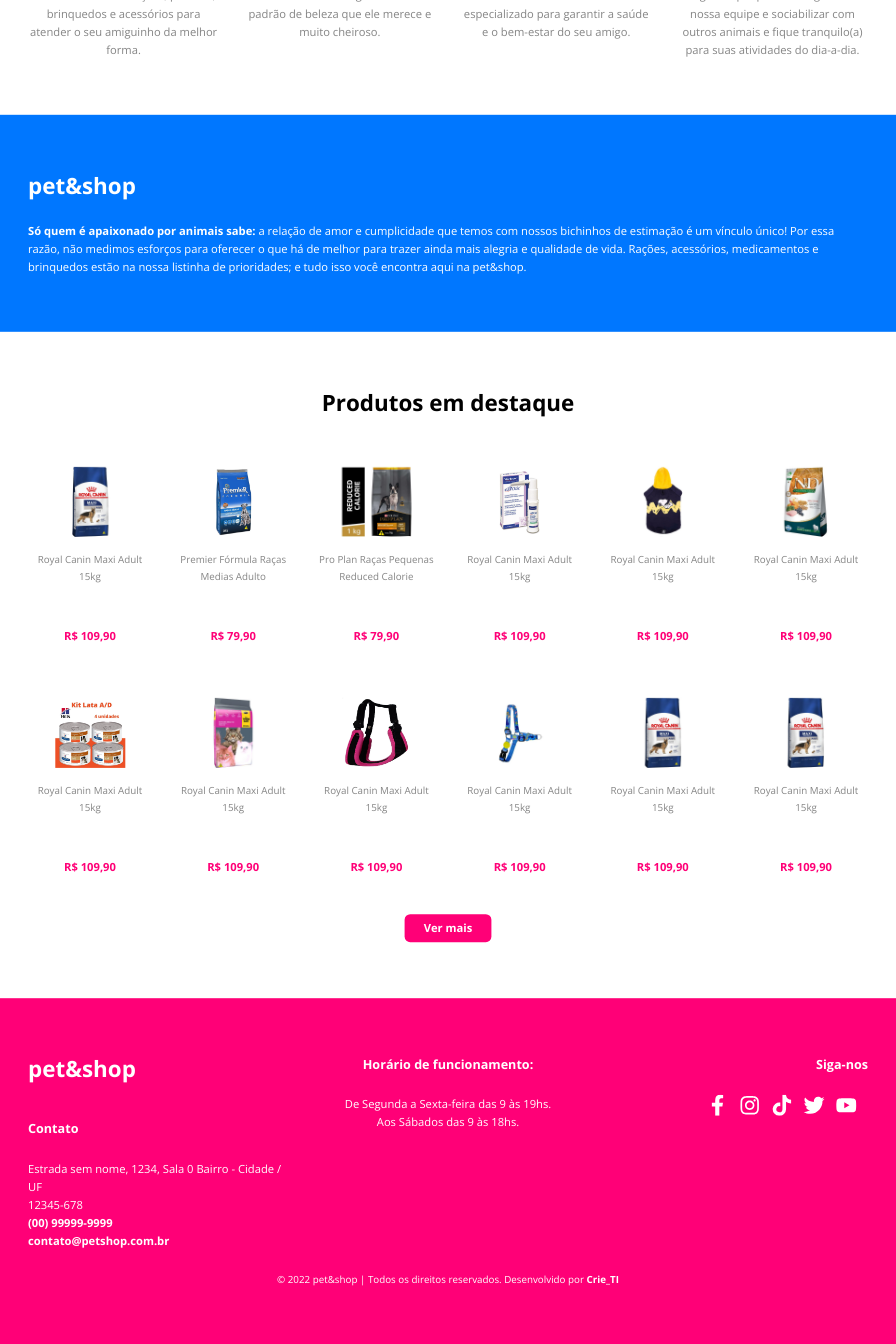
Repository: EzequielKaiber/pet-e-shop
Page: index.html
These files come from the project's save history. The page is drawn as it stood at one moment and after a run of saves; the edit follows.
The browser window is 1280 px wide. The pictures show the part of the page from y = 1130 to 3050 px (the page is 3050 px tall), at 70% of full size.

Above is the page before, as saved 2022-04-25 15:50:48.

### index.html
<!DOCTYPE html>
<html lang="en">
<head>
    <meta charset="UTF-8">
    <meta http-equiv="X-UA-Compatible" content="IE=edge">
    <meta name="viewport" content="width=device-width, initial-scale=1.0">
    <title>Document</title>
    <link rel="stylesheet" href="css/header.css">
    <link rel="stylesheet" href="css/style.css">
    <link rel="stylesheet" href="css/footer.css">
    <link href="https://fonts.googleapis.com/css2?family=Open+Sans:wght@400;700&display=swap" rel="stylesheet">
</head>
<header>
    <div class="container">
        <div class="header-itens">
            <a href="./">
                <div class="logo" style="background-image: url(img/logo-colored.svg);"></div>
            </a>
            <nav class="menu">
                <ul>
                    <li class="active">
                        <a href="./index.html">Home</a>
                    </li>
                    <li>
                        <a href="./sobre.html">Sobre</a>
                    </li>
                    <li>
                        <a href="./produtos.html">Produtos</a>
                    </li>
                    <li>
                        <a href="./servicos.html">Serviços</a>
                    </li>
                    <li>
                        <a href="./fale-conosco.html">Fale conosco</a>
                    </li>
                </ul>
            </nav>
        </div>
    </div>
</header>
<body>
    <div class="banner" style="background-image: url(img/banner.jpg);"></div>
    <section class="servicos">
        <div class="container">
            <div class="title">
                <h2>Nossos serviços</h2>
            </div>
            <div class="cards">
                <div class="card">
                    <div class="icon" style="background-image: url(img/Ícones/paw-solid.svg)"></div>
                    <h1>Produtos</h1>
                    <p>Uma variedade de rações, petiscos, brinquedos e acessórios para atender o seu amiguinho da melhor forma.</p>
                </div>
                <div class="card">
                    <div class="icon" style="background-image: url(img/Ícones/shower-solid.svg)"></div>
                    <h1>Banho e Tosa</h1>
                    <p>Para deixar seu amiguinho com o padrão de beleza que ele merece e muito cheiroso.</p>
                </div>
                <div class="card">
                    <div class="icon" style="background-image: url(img/Ícones/syringe-solid.svg)"></div>
                    <h1>Centro Médico</h1>
                    <p>Atendimento veterinário especializado para garantir a saúde e o bem-estar do seu amigo.</p>
                </div>
                <div class="card">
                    <div class="icon" style="background-image: url(img/Ícones/dog-solid.svg)"></div>
                    <h1>Creche</h1>
                    <p> Traga seu pet para interagir com a nossa equipe e sociabilizar com outros animais e fique tranquilo(a) para suas atividades do dia-a-dia.</p>
                </div>
            </div>
        </div>
    </section>
    <section class="petshop">
        <div class="container">
            <h2>pet&shop</h2>
            <p><b>Só quem é apaixonado por animais sabe:</b> a relação de amor e cumplicidade que temos com
                nossos bichinhos de estimação é um vínculo único! Por essa razão, não medimos esforços para
                oferecer o que há de melhor para trazer ainda mais alegria e qualidade de vida. Rações,
                acessórios, medicamentos e brinquedos estão na nossa listinha de prioridades; e tudo isso você
                encontra aqui na pet&shop.
                </p>
        </div>
    </section>
    <section class="produtos">
        <div class="container">
            <div class="title">
                <h2>Produtos em destaque</h2>
            </div>
            <div class="cards-produtos">
                <div class="card">
                    <div class="image" style="background-image: url(img/Produtos/product-1.webp);"></div>
                    <small>Royal Canin Maxi Adult 15kg</small>
                    <span>R$ 109,90</span>
                </div>
                <div class="card">
                    <div class="image" style="background-image: url(img/Produtos/product-2.webp);"></div>
                    <small>Premier Fórmula Raças Medias Adulto</small>
                    <span>R$ 79,90</span>
                </div>
                <div class="card">
                    <div class="image" style="background-image: url(img/Produtos/product-3.webp);"></div>
                    <small>Pro Plan Raças Pequenas Reduced Calorie</small>
                    <span>R$ 79,90</span>
                </div>
                <div class="card">
                    <div class="image" style="background-image: url(img/Produtos/product-4.webp);"></div>
                    <small>Royal Canin Maxi Adult 15kg</small>
                    <span>R$ 109,90</span>
                </div>
                <div class="card">
                    <div class="image" style="background-image: url(img/Produtos/product-5.webp);"></div>
                    <small>Royal Canin Maxi Adult 15kg</small>
                    <span>R$ 109,90</span>
                </div>
                <div class="card">
                    <div class="image" style="background-image: url(img/Produtos/product-6.webp);"></div>
                    <small>Royal Canin Maxi Adult 15kg</small>
                    <span>R$ 109,90</span>
                </div>
                <div class="card">
                    <div class="image" style="background-image: url(img/Produtos/product-7.webp);"></div>
                    <small>Royal Canin Maxi Adult 15kg</small>
                    <span>R$ 109,90</span>
                </div>
                <div class="card">
                    <div class="image" style="background-image: url(img/Produtos/product-8.webp);"></div>
                    <small>Royal Canin Maxi Adult 15kg</small>
                    <span>R$ 109,90</span>
                </div>
                <div class="card">
                    <div class="image" style="background-image: url(img/Produtos/product-9.webp);"></div>
                    <small>Royal Canin Maxi Adult 15kg</small>
                    <span>R$ 109,90</span>
                </div>
                <div class="card">
                    <div class="image" style="background-image: url(img/Produtos/product-10.webp);"></div>
                    <small>Royal Canin Maxi Adult 15kg</small>
                    <span>R$ 109,90</span>
                </div>
                <div class="card">
                    <div class="image" style="background-image: url(img/Produtos/product-1.webp);"></div>
                    <small>Royal Canin Maxi Adult 15kg</small>
                    <span>R$ 109,90</span>
                </div>
                <div class="card">
                    <div class="image" style="background-image: url(img/Produtos/product-1.webp);"></div>
                    <small>Royal Canin Maxi Adult 15kg</small>
                    <span>R$ 109,90</span>
                </div>
            </div>
            <div class="actions">
                <a href="./produtos.html"><button>Ver mais</button></a>
            </div>
        </div>
    </section>
    <footer>
        <div class="container">
            <div class="footer-itens">
                <div class="footer-item">
                    <h2>pet&shop</h2>
                    <ul>
                        <li class="title">Contato</li>
                        <li>Estrada sem nome, 1234, Sala 0 Bairro - Cidade / UF</li>
                        <li>12345-678</li>
                        <li><a href="tel:(00) 99999-9999">(00) 99999-9999</a></li>
                        <li><a href="mailto:contato@petshop.com.br">contato@petshop.com.br</a></li>
                    </ul>
                </div>
                <div class="footer-item dflex alg-center jcc f-col">
                    <h1>Horário de funcionamento:</h1>
                    <p>De Segunda a Sexta-feira das 9 às 19hs.</p>
                    <p>Aos Sábados das 9 às 18hs.</p>
                </div>
                <div class="footer-item social-items">
                    <h1>Siga-nos</h1>
                    <div class="social">
                        <a href="#">
                            <svg xmlns="http://www.w3.org/2000/svg" viewBox="0 0 320 512"><!--! Font Awesome Pro 6.1.1 by @fontawesome - https://fontawesome.com License - https://fontawesome.com/license (Commercial License) Copyright 2022 Fonticons, Inc. --><path d="M279.14 288l14.22-92.66h-88.91v-60.13c0-25.35 12.42-50.06 52.24-50.06h40.42V6.26S260.43 0 225.36 0c-73.22 0-121.08 44.38-121.08 124.72v70.62H22.89V288h81.39v224h100.17V288z"/></svg>
                        </a>
                        <a href="#">
                            <svg xmlns="http://www.w3.org/2000/svg" viewBox="0 0 448 512"><!--! Font Awesome Pro 6.1.1 by @fontawesome - https://fontawesome.com License - https://fontawesome.com/license (Commercial License) Copyright 2022 Fonticons, Inc. --><path d="M224.1 141c-63.6 0-114.9 51.3-114.9 114.9s51.3 114.9 114.9 114.9S339 319.5 339 255.9 287.7 141 224.1 141zm0 189.6c-41.1 0-74.7-33.5-74.7-74.7s33.5-74.7 74.7-74.7 74.7 33.5 74.7 74.7-33.6 74.7-74.7 74.7zm146.4-194.3c0 14.9-12 26.8-26.8 26.8-14.9 0-26.8-12-26.8-26.8s12-26.8 26.8-26.8 26.8 12 26.8 26.8zm76.1 27.2c-1.7-35.9-9.9-67.7-36.2-93.9-26.2-26.2-58-34.4-93.9-36.2-37-2.1-147.9-2.1-184.9 0-35.8 1.7-67.6 9.9-93.9 36.1s-34.4 58-36.2 93.9c-2.1 37-2.1 147.9 0 184.9 1.7 35.9 9.9 67.7 36.2 93.9s58 34.4 93.9 36.2c37 2.1 147.9 2.1 184.9 0 35.9-1.7 67.7-9.9 93.9-36.2 26.2-26.2 34.4-58 36.2-93.9 2.1-37 2.1-147.8 0-184.8zM398.8 388c-7.8 19.6-22.9 34.7-42.6 42.6-29.5 11.7-99.5 9-132.1 9s-102.7 2.6-132.1-9c-19.6-7.8-34.7-22.9-42.6-42.6-11.7-29.5-9-99.5-9-132.1s-2.6-102.7 9-132.1c7.8-19.6 22.9-34.7 42.6-42.6 29.5-11.7 99.5-9 132.1-9s102.7-2.6 132.1 9c19.6 7.8 34.7 22.9 42.6 42.6 11.7 29.5 9 99.5 9 132.1s2.7 102.7-9 132.1z"/></svg>
                        </a>
                        <a href="#">
                            <svg xmlns="http://www.w3.org/2000/svg" viewBox="0 0 448 512"><!--! Font Awesome Pro 6.1.1 by @fontawesome - https://fontawesome.com License - https://fontawesome.com/license (Commercial License) Copyright 2022 Fonticons, Inc. --><path d="M448,209.91a210.06,210.06,0,0,1-122.77-39.25V349.38A162.55,162.55,0,1,1,185,188.31V278.2a74.62,74.62,0,1,0,52.23,71.18V0l88,0a121.18,121.18,0,0,0,1.86,22.17h0A122.18,122.18,0,0,0,381,102.39a121.43,121.43,0,0,0,67,20.14Z"/></svg>
                        </a>
                        <a href="#">
                            <svg xmlns="http://www.w3.org/2000/svg" viewBox="0 0 512 512"><!--! Font Awesome Pro 6.1.1 by @fontawesome - https://fontawesome.com License - https://fontawesome.com/license (Commercial License) Copyright 2022 Fonticons, Inc. --><path d="M459.37 151.716c.325 4.548.325 9.097.325 13.645 0 138.72-105.583 298.558-298.558 298.558-59.452 0-114.68-17.219-161.137-47.106 8.447.974 16.568 1.299 25.34 1.299 49.055 0 94.213-16.568 130.274-44.832-46.132-.975-84.792-31.188-98.112-72.772 6.498.974 12.995 1.624 19.818 1.624 9.421 0 18.843-1.3 27.614-3.573-48.081-9.747-84.143-51.98-84.143-102.985v-1.299c13.969 7.797 30.214 12.67 47.431 13.319-28.264-18.843-46.781-51.005-46.781-87.391 0-19.492 5.197-37.36 14.294-52.954 51.655 63.675 129.3 105.258 216.365 109.807-1.624-7.797-2.599-15.918-2.599-24.04 0-57.828 46.782-104.934 104.934-104.934 30.213 0 57.502 12.67 76.67 33.137 23.715-4.548 46.456-13.32 66.599-25.34-7.798 24.366-24.366 44.833-46.132 57.827 21.117-2.273 41.584-8.122 60.426-16.243-14.292 20.791-32.161 39.308-52.628 54.253z"/></svg>
                        </a>
                        <a href="#">
                            <svg xmlns="http://www.w3.org/2000/svg" viewBox="0 0 576 512"><!--! Font Awesome Pro 6.1.1 by @fontawesome - https://fontawesome.com License - https://fontawesome.com/license (Commercial License) Copyright 2022 Fonticons, Inc. --><path d="M549.655 124.083c-6.281-23.65-24.787-42.276-48.284-48.597C458.781 64 288 64 288 64S117.22 64 74.629 75.486c-23.497 6.322-42.003 24.947-48.284 48.597-11.412 42.867-11.412 132.305-11.412 132.305s0 89.438 11.412 132.305c6.281 23.65 24.787 41.5 48.284 47.821C117.22 448 288 448 288 448s170.78 0 213.371-11.486c23.497-6.321 42.003-24.171 48.284-47.821 11.412-42.867 11.412-132.305 11.412-132.305s0-89.438-11.412-132.305zm-317.51 213.508V175.185l142.739 81.205-142.739 81.201z"/></svg>
                        </a>
                    </div>
                </div>
            </div>
            <div class="copy">
                <p>© 2022 pet&shop | Todos os direitos reservados. Desenvolvido por <a target="_blank" href="https://www.univates.br/crieti">Crie_TI</a></p>
            </div>
        </div>
    </footer>
</body>
</html>

### css/header.css
* {
    padding: 0;
    margin: 0;
    box-sizing: border-box;
}
header {
    width: 100%;
    height: 100px;
    background-color: #fff;
    box-shadow: 0 3px 6px 0 rgb(0 0 0 / 5%);
    position: fixed;
    top: 0;
    z-index: 999999;
}
header .header-itens {
    display: flex;
    flex-direction: row;
    justify-content: space-between;
    width: 100%;
    height: 100px;
    align-items: center;
}
header .header-itens .logo {
    width: 200px;
    height: 90px;
    background-position: center;
    background-repeat: no-repeat;
    background-size: contain;
}
header .header-itens .menu {
    display: flex;
    flex-direction: row;
}
header .header-itens .menu ul {
    list-style: none;
    display: flex;
    flex-direction: row;
    margin-right: 16px;
}
header .header-itens .menu ul li {
    height: 100%;
    padding: 38px 10px;
    margin-left: 20px;
}
header .header-itens .menu ul li a {
    font-size: 18px;
    line-height: 28px;
    color: #000;
    text-decoration: none;
    transition: ease-in-out 0.32s;
}
header .header-itens .menu ul li a:hover {
    transition: ease-in-out 0.32s;
    color: #f07;
}
header .header-itens .menu ul li.active {
    background-color: #f07;
}
header .header-itens .menu ul li.active a {
    color: #fff;
}

### css/footer.css
footer {
    background-color: #FF0077;
    padding: 80px 0;
}
footer .footer-itens {
    display: flex;
    flex-direction: row;
    justify-content: space-between;
}
footer .footer-itens .footer-item {
    width: calc(33% - 15px);
    height: fit-content;
}
footer .footer-itens .footer-item h2 {
    font-size: 32px;
    line-height: 42px;
    color: #fff;
    margin-bottom: 50px;
}
footer .footer-itens .footer-item ul {
    list-style: none;
    display: flex;
    flex-direction: column;
}
footer .footer-itens .footer-item ul li.title {
    font-size: 18px;
    line-height: 28px;
    color: #fff;
    font-weight: bold;
    margin-bottom: 30px;
}
footer .footer-itens .footer-item ul li {
    font-size: 16px;
    line-height: 26px;
    color: #fff;
}
footer .footer-itens .footer-item ul li a {
    font-size: 16px;
    line-height: 26px;
    color: #fff;
    font-weight: bold;
    text-decoration: none;
}
footer .footer-itens .footer-item h1 {
    font-size: 18px;
    line-height: 28px;
    color: #fff;
    font-weight: bold;
    margin-bottom: 30px;
}
footer .footer-itens .footer-item.social-items {
    align-items: flex-end;
    justify-content: flex-end;
    display: flex;
    flex-direction: column;
}
footer .footer-itens .footer-item p {
    font-size: 16px;
    line-height: 26px;
    color: #fff;
}
footer .footer-itens .footer-item .social {
    display: flex;
    flex-direction: row;
    align-items: flex-end;
}
footer .footer-itens .footer-item .social a {
    display: block;
    height: 30px;
    width: 30px;
    margin-right: 16px;
}
footer .footer-itens .footer-item .social a svg {
    height: 30px;
    width: 30px;
    fill: #fff;
    transition: ease-in-out 0.32s;
    transform: scale(1) rotate(0deg);
}
footer .footer-itens .footer-item .social a:hover svg {
    transform: scale(1.1) rotate(10deg);
    transition: ease-in-out 0.32s;
}
footer .copy {
    display: flex;
    margin-top: 30px;
    flex-direction: row;
    align-items: center;
    justify-content: center;
}
footer .copy p {
    font-size: 14px;
    line-height: 24px;
    color: #fff;
}
footer .copy p a {
    font-size: 14px;
    line-height: 24px;
    color: #fff;
    font-weight: bold;
    text-decoration: none;
}

Loaded but not shown: css/style.css (481 lines, source omitted)

After the next 2 saves:
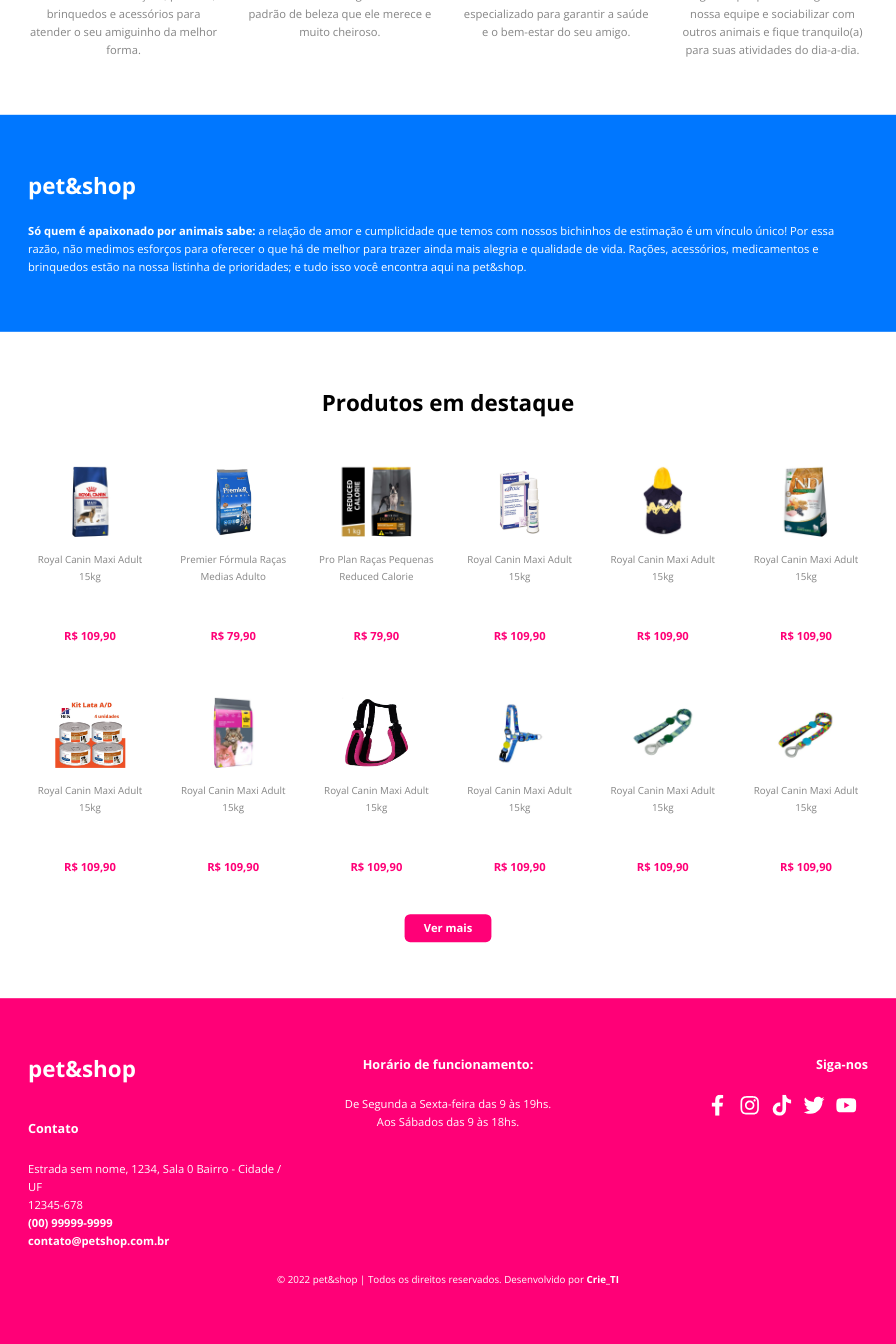
The 2 saves are shown as one change because they came seconds apart.
The last was saved 6 s later.
--- a/index.html
+++ b/index.html
@@ -137,12 +137,12 @@
                     <span>R$ 109,90</span>
                 </div>
                 <div class="card">
-                    <div class="image" style="background-image: url(img/Produtos/product-1.webp);"></div>
-                    <small>Royal Canin Maxi Adult 15kg</small>
-                    <span>R$ 109,90</span>
-                </div>
-                <div class="card">
-                    <div class="image" style="background-image: url(img/Produtos/product-1.webp);"></div>
+                    <div class="image" style="background-image: url(img/Produtos/product-11.webp);"></div>
+                    <small>Royal Canin Maxi Adult 15kg</small>
+                    <span>R$ 109,90</span>
+                </div>
+                <div class="card">
+                    <div class="image" style="background-image: url(img/Produtos/product-12.webp);"></div>
                     <small>Royal Canin Maxi Adult 15kg</small>
                     <span>R$ 109,90</span>
                 </div>
